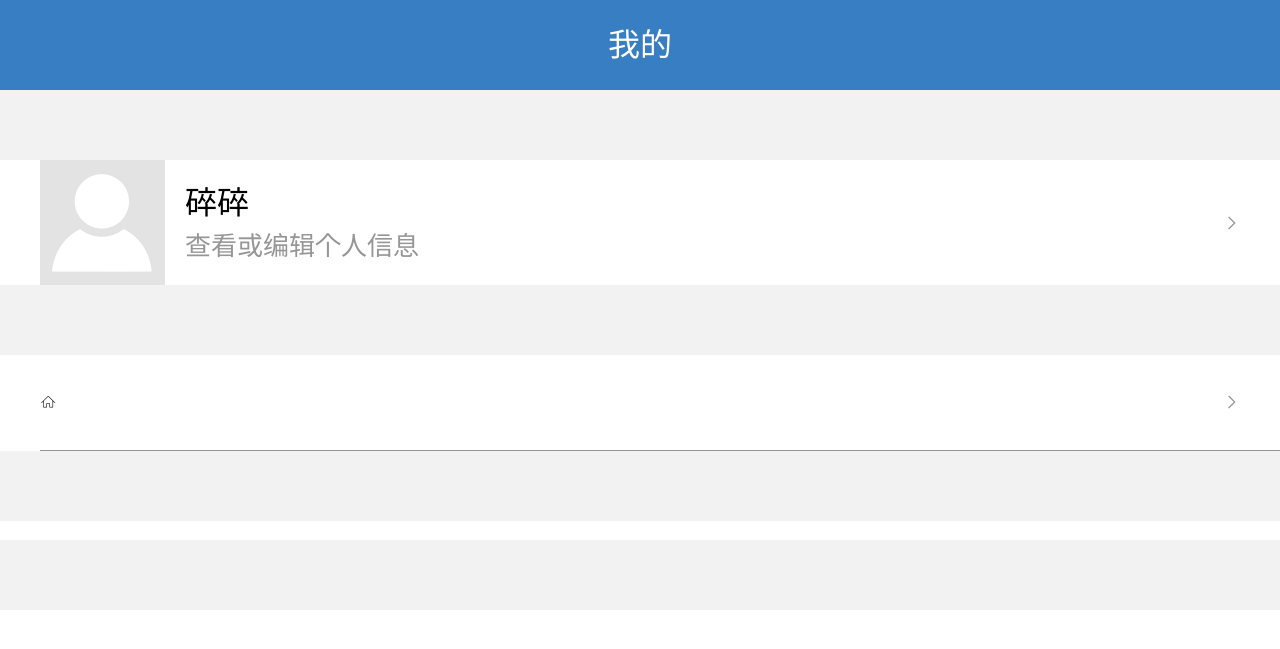
Repository: A1LExX/H5_study_set
Page: myProfile/index.html
An editor plug-in stored every save of this project. The page is shown before and after the next save, followed by the edit.
The browser window is 1280 px wide. The pictures show the whole page.

Above is the page before, as saved 2021-07-12 20:38:01.

After the next save:
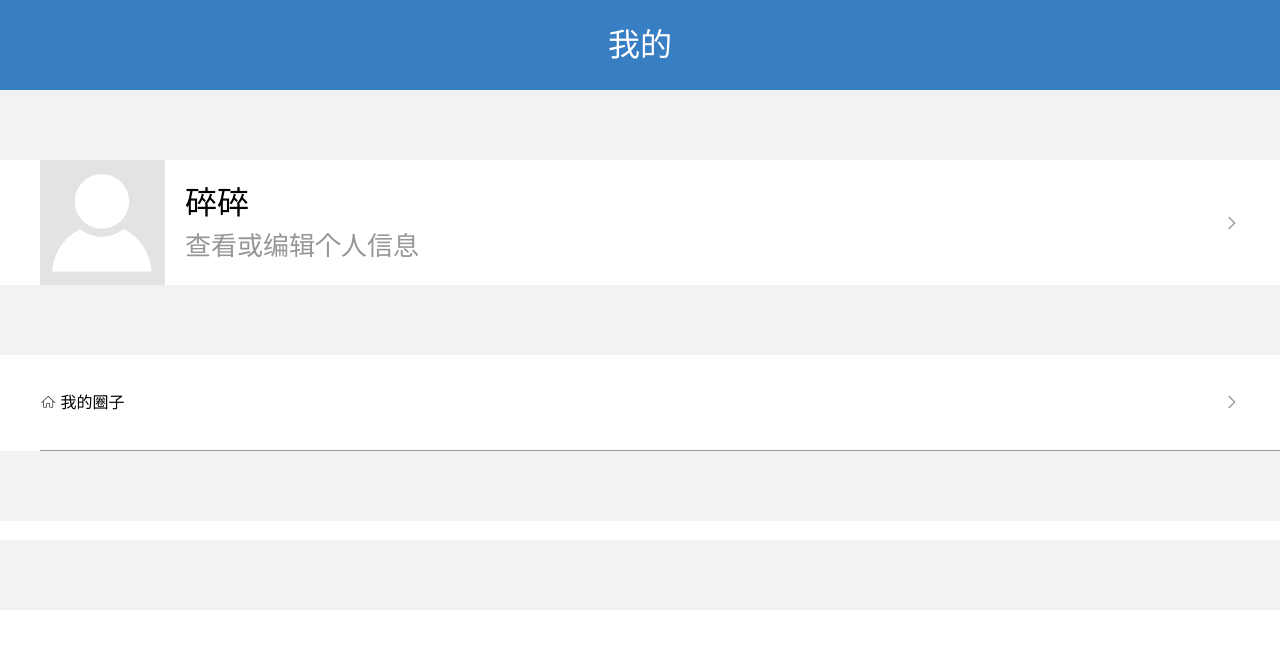
Saved 11 s later.
--- a/myProfile/index.html
+++ b/myProfile/index.html
@@ -2,7 +2,7 @@
 @author [Alex Wei]
 @email [w2262196@outlook.com]
 @create date 2021-07-12 18:52:43
-@modify date 2021-07-12 20:38:01
+@modify date 2021-07-12 20:38:12
 @desc [description]
 -->
 <!DOCTYPE html>
@@ -44,7 +44,7 @@
             <div class="itemTop">
                 <div>
                     <span class="iconfont icon-fangzi1"></span>
-                    <span></span>
+                    <span>我的圈子</span>
                 </div>
             <div class="iconfont icon-arrow-right"></div>
             </div>
